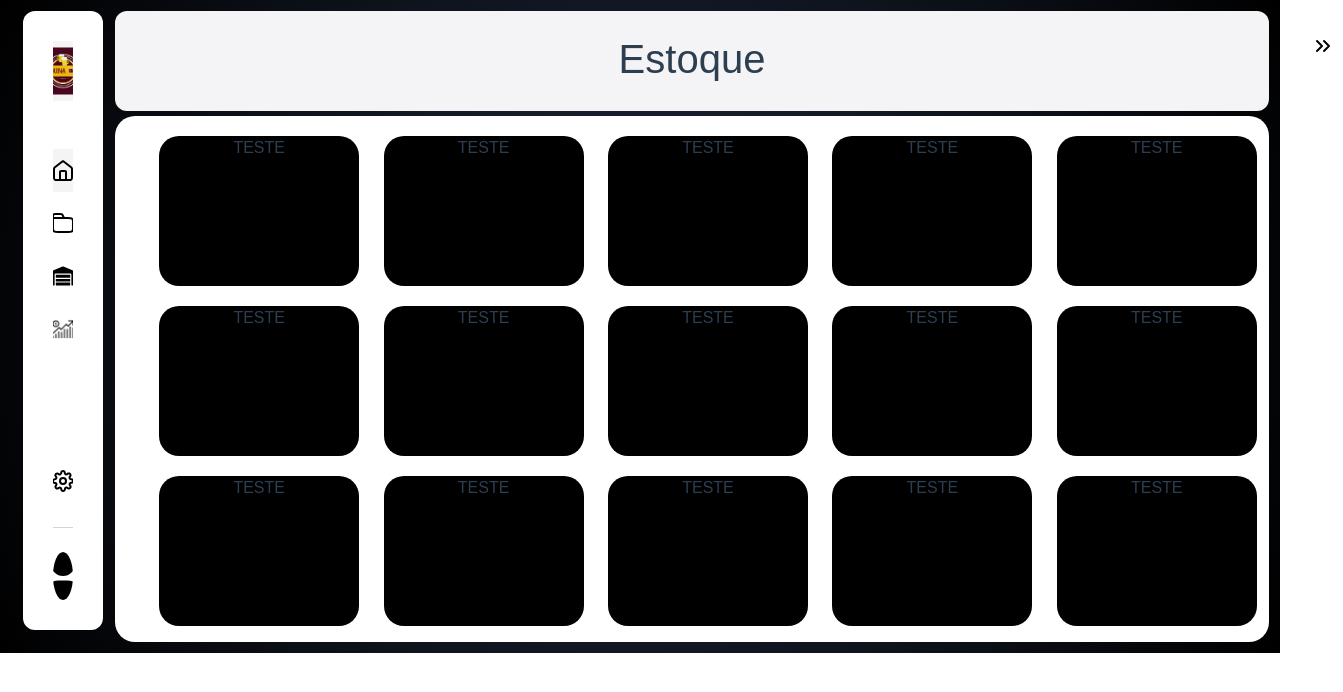
Repository: jazaoo13/Projeto_Oficina_Integracao
Page: / (app in Aplicacao_vue/)
The author's editor kept a copy of each file at every save. The page is drawn from the files as they stood at one save, then again after the next save.
The browser window is 1280 px wide. The page is 1343 px wide, so the pictures cover 1343 px, including what lies to the right of the window. The pictures show the whole page.
The page's requests for data from a server got no answer. The project was rebuilt for these pictures with package versions that can differ from the ones it lists, and the page was loaded fresh each time. No one was signed in, and anything a server would have sent is missing. Also part of the build but not shown: Aplicacao_vue/vue.config.js, Aplicacao_vue/src/View/jazao.vue.

Above is the page before, as saved 2023-11-19 17:37:28.

### Aplicacao_vue/public/index.html
<!DOCTYPE html>
<html lang="">
  <head>
    <meta charset="utf-8">
    <meta name="viewport" content="width=device-width, initial-scale=1">
    <meta http-equiv="X-UA-Compatible" content="IE=edge">
    <meta name="viewport" content="width=device-width,initial-scale=1.0">
    <link rel="icon" href="<%= BASE_URL %>favicon.ico">
    <link href="https://cdn.jsdelivr.net/npm/bootstrap@5.3.2/dist/css/bootstrap.min.css" rel="stylesheet" integrity="sha384-T3c6CoIi6uLrA9TneNEoa7RxnatzjcDSCmG1MXxSR1GAsXEV/Dwwykc2MPK8M2HN" crossorigin="anonymous">
    <title>Controle de Bebidas</title>
  </head>
  <body>
    <script src="https://cdn.jsdelivr.net/npm/bootstrap@5.3.2/dist/js/bootstrap.bundle.min.js" integrity="sha384-C6RzsynM9kWDrMNeT87bh95OGNyZPhcTNXj1NW7RuBCsyN/o0jlpcV8Qyq46cDfL" crossorigin="anonymous"></script>
    <div id="app"></div>
    <!-- built files will be auto injected -->
  </body>
</html>

### Aplicacao_vue/src/main.js
import Vue from 'vue'
import App from './App.vue'
import {BootstrapVue, IconsPlugin} from 'bootstrap-vue';
import 'font-awesome/css/font-awesome.css';
import 'bootstrap-vue/dist/bootstrap-vue.css'
import 'bootstrap/dist/css/bootstrap.css'
import router from './router'
import Vuex from 'vuex'
import store from './store'

Vue.config.productionTip = false
Vue.use(BootstrapVue);
Vue.use(IconsPlugin);
Vue.use(Vuex);

new Vue({
  router,
  store,
  render: h => h(App)
}).$mount('#app')

### Aplicacao_vue/src/router/index.js
import Vue from 'vue'
import VueRouter from 'vue-router'
import Home from '../View/Home.vue'
import jazao_component from '../View/jazao.vue'
Vue.use(VueRouter)

const routes = [
  {
    path: '/',
    name: 'home',
    component: Home
  },
  {
    path: '/jazao',
    name: 'Jazao',
    component: jazao_component
    //component: () => import(/* webpackChunkName: "about" */ '../View/HomeTeste.vue')
  },

]

const router = new VueRouter({
  mode: 'history',
  base: process.env.BASE_URL,
  routes
})

export default router

### Aplicacao_vue/src/store.js
import Vue from 'vue'
import Vuex from 'vuex'

Vue.use(Vuex)

const store = new Vuex.Store({
    data(){
        return{
            isActive: false
        }
    },
    state: {
        count: 0,
        isActive: false
    },
    mutations: {
        increment(state) {
            state.count++
        },
        setIsActive(state){
            state.isActive = !state.isActive
        }
    },

})
export default store

### Aplicacao_vue/src/View/Home.vue
<template>
    <div class="bodyClass">
        <div class="container-fluid">
            <div class="row">
                <Sidebar></Sidebar>
            </div>
            <div class="content-container">
                <HeaderPage></HeaderPage>
                <EstoqueView></EstoqueView>
            </div>
        </div>
    </div>
</template>

<script>
import axios from 'axios';
import Sidebar from './Sidebar.vue';
import HeaderPage from './Header.vue'
import EstoqueView from '../components/EstoqueView.vue'
export default {
    name: 'HomePage',
    components: {
        Sidebar,
        HeaderPage,
        EstoqueView
    },
    data() {
        return {
            lstApi: '',
        };
    },
    methods: {
        chamar_api() {
            let url = 'https://catfact.ninja/fact';
            axios
                .get(url, {

                })
                .then((resposta) => {
                    this.lstApi = resposta
                })
                .catch((erro) => console.log(erro));
        },
    },
    mounted() {
        this.chamar_api()
    },
};
</script>

<style lang="scss" scoped>
.bodyClass {
    background: radial-gradient(circle at 50% 50%, #192233 20%, #000);
    padding: 0.375rem;
    font-family: Poppins, sans-serif;
    display: flex;
}
.row{
    margin-right: 0px;
    margin-left: 0px;
}
.container-fluid {
  display: flex;
  flex-direction: row;
  padding-left: 5px;
  padding-top: 5px;
  padding-bottom: 5px;
  padding-right: 5px;
}
.content-container {
  display: flex;
  flex-direction: column;
}
</style>

### Aplicacao_vue/src/View/Sidebar.vue
<template>
    <div>
        <nav class="sideBar" :class="{ 'isActive': this.$store.state.isActive }">
            <div class="sidebar-header" :class="{ 'isActive': this.$store.state.isActive }">
                <a class="logo-wrapper">
                    <img src="@/assets/logo_esquina.png" alt="Logo" :class="{ 'isActive': this.$store.state.isActive }">
                    <h2 :class="{ 'isActive': this.$store.state.isActive }">Bar da Esquina</h2>
                </a>
                <button class="toggle-btn" @click="toggle()">
                    <img src="../assets/expand.svg" alt="expand button">
                </button>
            </div>

            <div class="sidebar-links" :class="{ 'isActive': this.$store.state.isActive }">
                <a class="link active">
                    <img src="../assets/home.svg" alt="">
                    <span :class="{ 'isActive': this.$store.state.isActive }">Home</span>
                </a>
                <a class="link">
                    <img src="../assets/projects.svg" alt="">
                    <span :class="{ 'isActive': this.$store.state.isActive }">Cadastro</span>
                </a>
                <a class="link">
                    <img src="../assets/estoque.svg" alt="">
                    <span :class="{ 'isActive': this.$store.state.isActive }">Estoque</span>
                </a>
                <a class="link">
                    <img src="../assets/vendas.png" alt="">
                    <span :class="{ 'isActive': this.$store.state.isActive }">Vendas</span>
                </a>
            </div>


            <div class="sidebar-bottom" :class="{ 'isActive': this.$store.state.isActive }">
                <div class="sidebar-links" :class="{ 'isActive': this.$store.state.isActive }">
                    <a class="link">
                        <img src="../assets/settings.svg" alt="">
                        <span :class="{ 'isActive': this.$store.state.isActive }">Configurações</span>
                    </a>
                </div>

                <div class="user-profile" :class="{ 'isActive': this.$store.state.isActive }">
                    <div class="user-avatar">
                        <img src="../assets/user.svg" alt="">
                    </div>
                    <div class="user-details" :class="{ 'isActive': this.$store.state.isActive }">
                        <p class="username">Usuario</p>
                        <p class="user-email">email@gmail.com</p>
                    </div>
                </div>
            </div>
        </nav>
    </div>
</template>

<script>
import { mapState } from 'vuex'
export default {
    name: "SiderBar",
    components: {
    },
    data() {
        return {
            //isActive:false,
            // imagens:{
            //     imagem1: url=''
            // }
            //array de objetos para os botoes laterais
        }
    },
    methods: {
        Abre_Cadastro() {

        },
        computed: {
            ...mapState(['isActive'])

        },
        toggle() {
            this.$store.commit('setIsActive');

            const toggleBtn = document.querySelector(".toggle-btn");
            toggleBtn.style.transform = this.$store.state.isActive ? "rotate(180deg)" : "rotate(0deg)";
        },
    },
    mounted() {

    },
}
</script>


<style lang="scss">
*,
*::before,
*::after {
    margin: 0;
    padding: 0;
    box-sizing: border-box;
}

button,
a {
    all: unset;
    font: inherit;
    cursor: pointer;
    text-decoration: none !important;
}

a:hover {
    color: inherit !important;
}

.sideBar {
    width: 5rem;
    height: calc(100% - 0.75rem);
    background-color: #ffffff;
    //padding: 1rem 0.75rem;
    border-radius: 0.75rem;
    display: flex;
    flex-direction: column;
    transition: width 500ms ease;

    &.isActive {
        width: 15rem;
    }
}

h2 {
    display: none;

    &.isActive {
        display: inline;
        font-size: 1.5rem;
    }
}

.sidebar-header,
.sidebar-links {
    display: flex;
    justify-content: center;
    align-items: center;
    overflow: hidden;
    flex-direction: column;
    &.isActive {
        justify-content: start;
        align-items: stretch;
    }
}
.sidebar-links {
    flex-direction: column;
    margin-bottom: auto;
    gap: 0.6rem;
    padding-bottom: 1.5rem;
    padding-top: 1.5rem;
}
.sidebar-header {
    margin-bottom: 1.5rem;
    &.isActive {
        justify-content: start;
        align-items: stretch;
    }
}

.logo-wrapper {
    display: flex;
    justify-content: start;
    align-items: center;
    gap: 1.25rem;
    text-decoration: none !important;
}

a.logo-wrapper:hover {
    color: inherit !important;
}

.logo-wrapper>img {
    width: 60px;
    height: 60px;
    background-color: #f4f4f6;
    padding: 0.4rem;
    border-radius: 0.5rem;

    &.isActive {
        width: 100px;
        height: 100px;
    }
}

.sideBar.sidebar-links {
    border-top: 1px solid rgb(211, 211, 211);
}

.link {
    display: flex;
    padding: 0.6rem;
    border-radius: 0.5rem;
    gap: 1.5rem;
}

span {
    display: none;

    &.isActive {
        display: inline;
    }
}

.link:hover,
.link.active:hover {
    background-color: #e4e4e8;
}

.link.active {
    background-color: #f4f4f6;
}

.link>img {
    width: 24px;
    height: 24px;
}

.sidebar-bottom .sidebar-links {
    padding-bottom: 1.5rem;
}

.toggle-btn {
    position: absolute;
    top: 26px;
    right: -63px;
    padding: 0.5rem;
    background-color:var(--bs-heading-color);
    border-radius: 50%;
    display: flex;
    justify-content: center;
    align-items: center;
    transition: transform 0.25s ease;
}

.user-profile {
    display: flex;
    justify-content: center;
    align-items: center;
    gap: 1.5rem;
    padding-top: 1.5rem;
    border-top: 1px solid rgb(211, 211, 211);

    &.isActive {
        justify-content: start;
        align-items: stretch;
    }
}

.user-avatar {
    width: 48px;
    height: 48px;
    cursor: pointer;
    transition: scale 0.2s ease;
}

.user-avatar img {
    width: 100%;
    height: 100%;
    border-radius: 50%;
    object-fit: cover;
}

.user-avatar:hover {
    scale: 1.1;
}

.user-details {
    align-self: center;
    overflow: hidden;
    display: none;

    .username {
        font-size: 0.85rem;
        font-weight: 600;
    }

    .user-email {
        font-size: 0.8rem;
    }

    &.isActive {
        display: inline;
    }

}</style>

### Aplicacao_vue/src/View/Header.vue
<template>
    <div>
        <div class="header" :class="{ 'isActive': this.$store.state.isActive }">
        <h1 class="titulo">Estoque</h1>
        </div>
    </div>
</template>

<script>
import { mapState } from 'vuex'
export default {
    name: "HeaderPage",
    data() {
        return {
            //isActive: false,
        }
    },
    computed: {
        ...mapState(['isActive'])

    },
}
</script>

<style lang="scss" scoped>
.header {
    //width: calc(100% - 85px);
    background-color: #f4f4f6;
    border-radius: 0.75rem;
    height: 100px;
    margin-left:auto;
    transition: width 500ms ease ;
    &.isActive{
        //width:calc(100% - 245px);
        transition: width 500ms ease ;
    }
}
.titulo{
    height: 100%;
    padding-top: 1.5rem;
}

// .header{

// }
</style>

### Aplicacao_vue/src/components/EstoqueView.vue
<template>
    <div class="fundo" :class="{ 'isActive': this.$store.state.isActive }">
        <div class="teste" >
            <ul class="listaItens">
                <li class="items">TESTE</li>
                <li class="items">TESTE</li>
                <li class="items">TESTE</li>
                <li class="items">TESTE</li>
                <li class="items">TESTE</li>
                <li class="items">TESTE</li>
                <li class="items">TESTE</li>
                <li class="items">TESTE</li>
                <li class="items">TESTE</li>
                <li class="items">TESTE</li>
                <li class="items">TESTE</li>
                <li class="items">TESTE</li>
                <li class="items">TESTE</li>
                <li class="items">TESTE</li>
                <li class="items">TESTE</li>
                <!-- <li class="items">TESTE</li>
                <li class="items">TESTE</li>
                <li class="items">TESTE</li> -->
            </ul>
        </div>
    </div>
</template>

<script>
import { mapState } from 'vuex'
export default {
    name: "EstoqueView",
    methods: {
        computed: {
            ...mapState(['isActive'])
        }
    },
}
</script>

<style lang="scss" scoped>

.fundo{
    background-color: #ffffff;
    //width: calc(100% - 85px);
    margin-left: auto;
    border-radius: 20px;
    margin-top: 5px;
    margin-right: 0px;
    height: auto;
    transition: width 500ms ease;
    &.isActive {
        //width: calc(100% - 245px);
        transition: width 500ms ease;
    }
}

.items {
    background-color: black;
    //padding: 80px 100px;
    width:200px;
    height: 150px;
    margin: 20px 10px 0px;
    border-radius: 20px;
    list-style-type: none;
}

.listaItens {
    display: flex;
    flex-direction: row;
    flex-wrap: wrap;
    justify-content: space-around;
}</style>

Loaded but not shown: Aplicacao_vue/src/App.vue (common file)

After the next save:
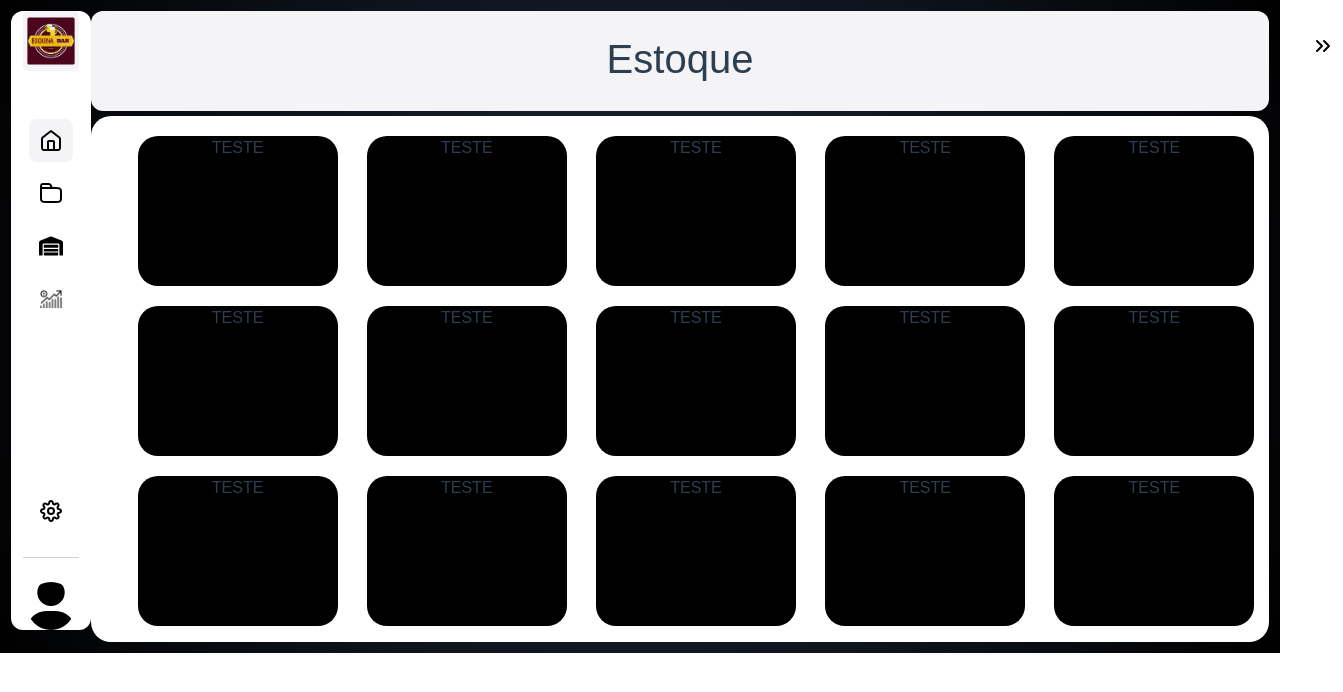
Saved 100 s later.
--- a/Aplicacao_vue/src/View/Sidebar.vue
+++ b/Aplicacao_vue/src/View/Sidebar.vue
@@ -1,6 +1,5 @@
 <template>
-    <div>
-        <nav class="sideBar" :class="{ 'isActive': this.$store.state.isActive }">
+        <div class="sideBar" :class="{ 'isActive': this.$store.state.isActive }">
             <div class="sidebar-header" :class="{ 'isActive': this.$store.state.isActive }">
                 <a class="logo-wrapper">
                     <img src="@/assets/logo_esquina.png" alt="Logo" :class="{ 'isActive': this.$store.state.isActive }">
@@ -49,8 +48,7 @@
                     </div>
                 </div>
             </div>
-        </nav>
-    </div>
+        </div>
 </template>
 
 <script>
